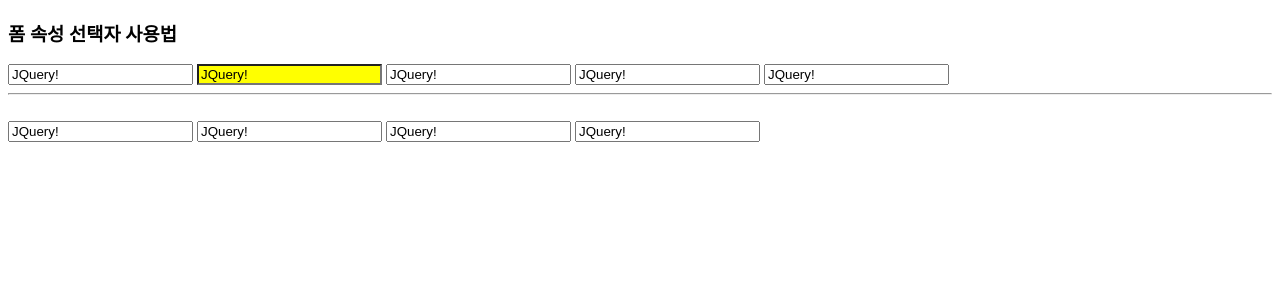
Repository: Migorithm/front_work
Page: front05_JQuery/src/main/webapp/1_selector/jq04_selector.html
These files come from the project's save history. The page is drawn as it stood at one moment and after the next save; the edit follows.
The browser window is 1280 px wide. The pictures show the whole page.

Above is the page before, as saved 2021-09-03 01:57:54.

After the next save:
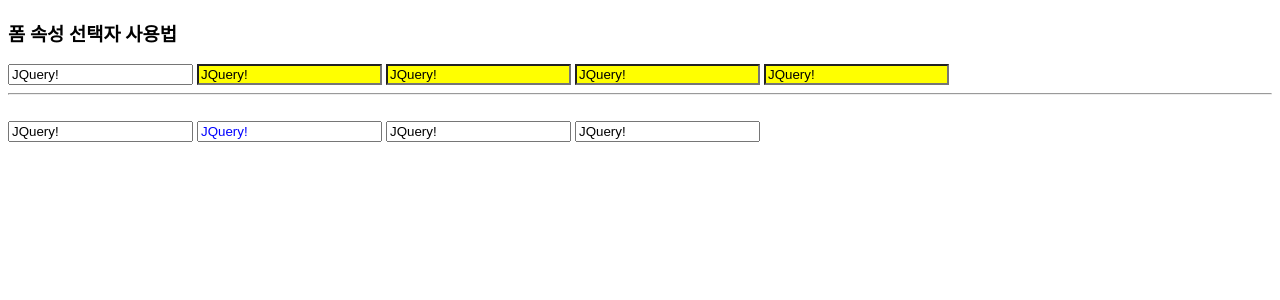
Saved 60 s later.
--- a/front05_JQuery/src/main/webapp/1_selector/jq04_selector.html
+++ b/front05_JQuery/src/main/webapp/1_selector/jq04_selector.html
@@ -25,14 +25,14 @@
 */
 
 		//2. input태그의 속성이름이 name이고 속성값에 '한국'이라는 값이 포함된 선택자 지정, 배경색을 yellow
-		$("input[name=한국]").css("background","yellow");
+		$("input[name*=한국]").css("background","yellow");
 
 
 		//3. 속성값이 사람으로 끝나는 선택자를 지정.. 글자색을 red
 
 
 		//4. 속성값이 KO로 시작하는 선택자를 지정.. 글자색을 blue
-
+		$("input[value^=KO]").css('color','blue')
 		});
 </script>
 
